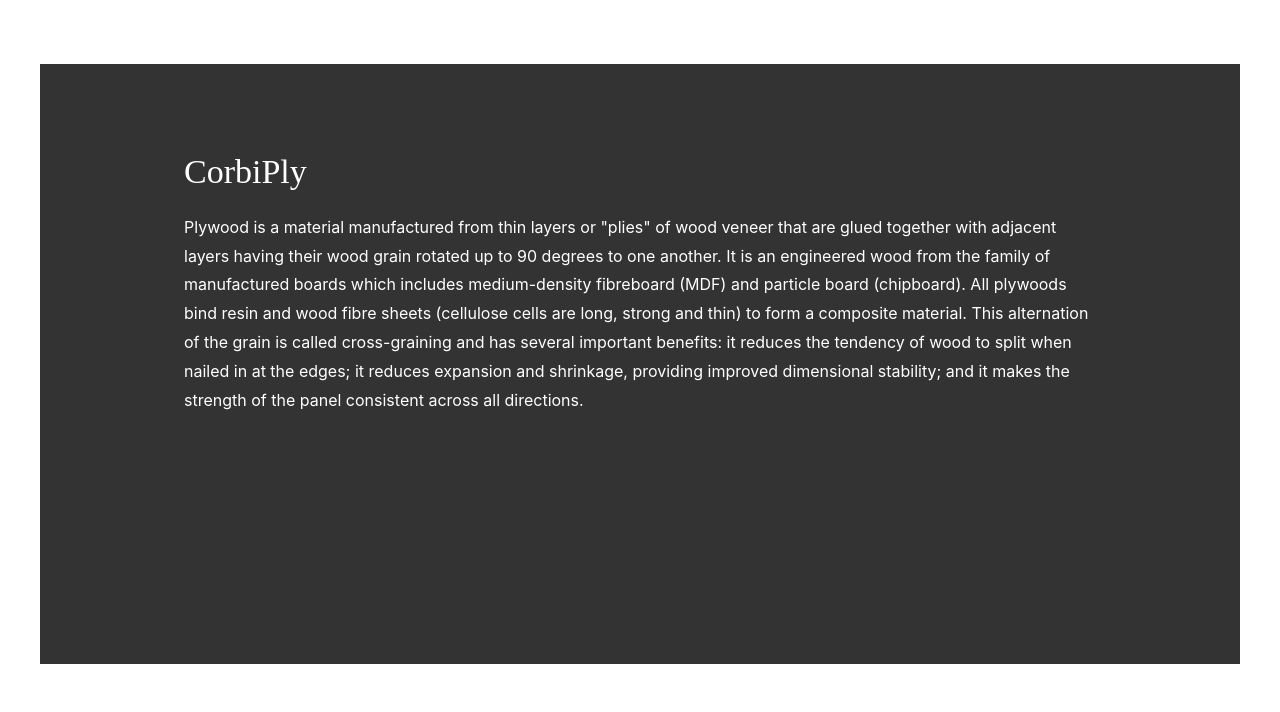
Repository: aneescode4u/testp
Page: http://localhost/plywood
The author's editor kept a record of every edit. The page is drawn from the files as they stood at one moment, then again after the next edit.
The browser window is 1280 px wide. The pictures show the part of the page from y = 928 to 1640 px (the page is 1640 px tall).
Some web libraries are served in a nearby version. The page is served by the project's Node server (YelpCamp/v3.1/app.js). Other server files are loaded and not shown.

Above is the page before.

### workspace/YelpCamp/v3.1/views/plywood.ejs

<!doctype html>
<html lang="en">

  <head>
<title>Corbital</title>
	<meta name="viewport" content="width=device-width, initial-scale=1">

	<link rel="stylesheet" type="text/css" href="https://maxcdn.bootstrapcdn.com/bootstrap/3.3.5/css/bootstrap.min.css">
	<link rel="stylesheet" type="text/css" href="https://maxcdn.bootstrapcdn.com/font-awesome/4.4.0/css/font-awesome.min.css">
	<link href="http://fonts.googleapis.com/css?family=Lato:300,400,700,300italic,400italic,700italic" rel="stylesheet" type="text/css">
  <link rel="stylesheet" href="https://maxcdn.bootstrapcdn.com/bootstrap/3.3.5/css/bootstrap.min.css">
  <script src="https://cdnjs.cloudflare.com/ajax/libs/modernizr/2.8.3/modernizr.min.js" type="text/javascript" async></script>
<link rel="stylesheet" type="text/css" href="/stylesheets/header.css">
  <link rel="icon" href="/images/Capture.png">

</head>
     <link rel="stylesheet" type="text/css" href="/stylesheets/plywood.css">
	<link rel="stylesheet" type="text/css" href="/stylesheets/header.css">

    <!-- Bootstrap core CSS -->
    <link href="../../dist/css/bootstrap.min.css" rel="stylesheet">

    <!-- Custom styles for this template -->
    <link href="carousel.css" rel="stylesheet">
  </head>
  <body>

    <header>
      <nav class="navbar navbar-expand-md navbar fixed-top">
        <a class="navbar-brand" href="/"><img src="/images/logo.jpg" ></a>
    </div>
    <div id="navbar" class="collapse navbar-collapse">
      <ul class="nav navbar-nav">
        <li><a href="/">Home</a></li>
        <li><a> Products </a>
           <ul>
              <li><a href="plywood">PLYWOOD</a></li>
              <li><a href="HPL">HPL Sheet</a></li>
              <li><a href="WPC">PVC & WPC Board</a></li>
              <li><a href="#">ACP</a>
                <ul>
                  <li><a href="ACP">EasyBond</a></li>
                  <li><a href="ACP#Citybond">Citybond</a></li>
                </ul>
              </li>
            </ul>
          </li>


        <li><a href="about">About</a></li>



         <li><a href="contact">Contact</a></li>

        </ul>

       <ul class="nav navbar-nav navbar-right">

          <li><a>

          <i class="fa fa-phone" aria-hidden="true"></i> 09946299941</a>
          </li>


          <li><a href="https://www.facebook.com/Corbital-trading-Co-170098600461238/"><i class="fa fa-lg fa-facebook"></i></a></li>
          <li><a href="https://www.instagram.com/corbitalco/"><i class="fa fa-lg fa-instagram"></i></a></li>

       </ul>
    </div>
      </nav>
    </header>


	<main role="main">

  <div id="myCarousel" class="carousel slide" data-ride="carousel">
    <ol class="carousel-indicators">
      <li data-target="#myCarousel" data-slide-to="0" class="active"></li>
      <li data-target="#myCarousel" data-slide-to="1"></li>
      <li data-target="#myCarousel" data-slide-to="2"></li>
       <li data-target="#myCarousel" data-slide-to="3"></li>
        <li data-target="#myCarousel" data-slide-to="4"></li>
    </ol>
    <div class="carousel-inner">
      <div class="carousel-item active">
        <img class="d-block w-100" src="https://images.unsplash.com/photo-1538944495092-48fff71fbb0c?ixlib=rb-1.2.1&ixid=eyJhcHBfaWQiOjEyMDd9&auto=format&fit=crop&w=1500&q=80" alt="First slide">
        <div class="container">
          <div class="carousel-caption text-left">
            <h1>Welcome to Corbital Group </h1>
            <p>Transforming Outlook</p>
            <p></p>
          </div>
        </div>
      </div>
        <div class="carousel-item">
      <img class="d-block w-100" src="https://images.unsplash.com/photo-1486406146926-c627a92ad1ab?ixlib=rb-1.2.1&ixid=eyJhcHBfaWQiOjEyMDd9&auto=format&fit=crop&w=1500&q=80" alt="Second slide">
        <div class="container">
          <div class="carousel-caption">
            <h1>Aluminium Composite Panels</h1>
            <p>Aluminium Composite Panel or ACP sheets are now a days widely used for exteriors, interior applications and signage.It is available different colours and finishes like wood, stone, dual-tone etc.It's folding property allows it into design shapes that can’t be achieved by any other material. Our company supplies mainly two types of ACP EasyBond and CityBond</p>
            <p><a class="btn btn-lg btn-primary" href="#" role="button">Learn more</a></p>
          </div>
        </div>
      </div>

          <div class="carousel-item">
      <img class="d-block w-100" src="https://images.unsplash.com/photo-1537726235470-8504e3beef77?ixlib=rb-1.2.1&ixid=eyJhcHBfaWQiOjEyMDd9&auto=format&fit=crop&w=1500&q=80" alt="Second slide">
        <div class="container">
          <div class="carousel-caption">
            <h1>CORBILAM</h1>
            <p>HPL-High Pressure Laminates (HPL) are one of the most durable decorative surfaces. When it’s time to give your design a new dimension, High Pressure Laminates (HPL) offer the flexibility and character you need</p>
            <p><a class="btn btn-lg btn-primary" href="#" role="button">Learn more</a></p>
          </div>
        </div>
      </div>


          <div class="carousel-item">
      <img class="d-block w-100" src="/images/WPC4.jpg" alt="Second slide">
        <div class="container">
          <div class="carousel-caption">
            <h1>CORBIWOOD</h1>
            <p>Wood-plastic composites (WPCs) are produced by thoroughly mixing ground wood particles and heated thermoplastic resin. The most common method of production is to extrude the material into the desired shape, though injection molding is also used.</p>
            <p><a class="btn btn-lg btn-primary" href="#" role="button">Learn more</a></p>
          </div>
        </div>
      </div>
      <div class="carousel-item">
      <img class="d-block w-100" src="https://images.unsplash.com/photo-1497366672149-e5e4b4d34eb3?ixlib=rb-1.2.1&ixid=eyJhcHBfaWQiOjEyMDd9&auto=format&fit=crop&w=1050&q=80" alt="Second slide">
        <div class="container">
          <div class="carousel-caption">
            <h1>CORBIPLY</h1>
            <p>Plywood. Plywood is wood veneers bonded together to produce a flat sheet. An extremely versatile product, plywood is used for a wide range of structural, interior and exterior applications - from formwork through to internal paneling. Plywood is an assemblage of wood veneers bonded together to produce a flat sheet.</p>
            <p><a class="btn btn-lg btn-primary" href="#" role="button">Browse gallery</a></p>
          </div>
        </div>
      </div>
    </div>
    <a class="carousel-control-prev" href="#myCarousel" role="button" data-slide="prev">
      <span class="carousel-control-prev-icon" aria-hidden="true"></span>
      <span class="sr-only">Previous</span>
    </a>
    <a class="carousel-control-next" href="#myCarousel" role="button" data-slide="next">
      <span class="carousel-control-next-icon" aria-hidden="true"></span>
      <span class="sr-only">Next</span>
    </a>
  </div>


	<!--


<div id="bannerimage"></div>
<div id="slideshow">
  <div class="slide-wrapper">
    <div class="slide"></div>
    <div class="slide"></div>
    <div class="slide"></h1></div>
    <div class="slide"></div>
    <div class="slide"></div>
  </div>
</div>
  -->
                <section id="about" class="block__wrapper">
                    <div class="block">
                        <div class="block__content -text">
                            <h2>CorbiPly</h2>
                            <div class="intro">
Plywood is a material manufactured from thin layers or "plies" of wood veneer that are glued together with adjacent layers having their wood grain rotated up to 90 degrees to one another.
It is an engineered wood from the family of manufactured boards which includes medium-density fibreboard (MDF) and particle board (chipboard).
All plywoods bind resin and wood fibre sheets (cellulose cells are long, strong and thin) to form a composite material. This alternation of the grain is called cross-graining and has several important benefits: it reduces the tendency of wood to split when nailed in at the edges; it reduces expansion and shrinkage, providing improved dimensional stability;
and it makes the strength of the panel consistent across all directions.
                             </div>
                        </div>
                    </div>
                </section>
<link rel="stylesheet" href="https://stackpath.bootstrapcdn.com/bootstrap/4.3.1/css/bootstrap.min.css" integrity="sha384-ggOyR0iXCbMQv3Xipma34MD+dH/1fQ784/j6cY/iJTQUOhcWr7x9JvoRxT2MZw1T" crossorigin="anonymous">
<script src="https://code.jquery.com/jquery-3.3.1.slim.min.js" integrity="sha384-q8i/X+965DzO0rT7abK41JStQIAqVgRVzpbzo5smXKp4YfRvH+8abtTE1Pi6jizo" crossorigin="anonymous"></script>
<script src="https://cdnjs.cloudflare.com/ajax/libs/popper.js/1.14.7/umd/popper.min.js" integrity="sha384-UO2eT0CpHqdSJQ6hJty5KVphtPhzWj9WO1clHTMGa3JDZwrnQq4sF86dIHNDz0W1" crossorigin="anonymous"></script>
<script src="https://stackpath.bootstrapcdn.com/bootstrap/4.3.1/js/bootstrap.min.js" integrity="sha384-JjSmVgyd0p3pXB1rRibZUAYoIIy6OrQ6VrjIEaFf/nJGzIxFDsf4x0xIM+B07jRM" crossorigin="anonymous"></script>

### workspace/YelpCamp/v3.1/public/stylesheets/header.css

.navbar-inverse .navbar-nav>li>a {
    color:#5f5f5f;
    font-size: medium;
}

.navbar-inverse .navbar-nav>li>a:hover {
    color: #2267A8;
}

.navbar-toggle{background-color: #333;
}
.navbar {
   background-color:  #5f5f5f;
   background: white;
   border-color: transparent;

}


nav {
  display: block;
}
nav ul {
  margin: 0;
  padding:0;
  list-style: none;
}
.nav a {
  /*display:block !important;*/
  min-width: 90px;
  background: #f5f5f5;
    color: #337ab7;
  text-decoration: none;
  padding: 0.8em 1.8em;
  font-size: 80%;
  position: relative;
}

.nav{
  vertical-align: top;

  border-radius:6px;
}
.nav li {
  position: relative;
}
.nav > li {
  float: left;
  border-bottom: 4px #aaa solid;
  margin-right: 1px;
}
.nav > li > a {
  margin-bottom: 1px;
}
.nav > li:hover
{
  border-bottom-color: #2267A8;
}
.nav li:hover > a {
  color:blue;
}
.nav > li:first-child {
  border-radius: 4px 0 0 4px;
}
.nav > li:first-child > a {
  border-radius: 4px 0 0 0;
}
.nav > li:last-child {
  border-radius: 0 0 4px 0;
  margin-right: 0;
}
.nav > li:last-child > a {
  border-radius: 0 4px 0 0;
}
.nav li li a {
  margin-top: 1px;
}

.nav li a:first-child:nth-last-child(2):before {
  content: "";
  position: absolute;
  height: 0;
  width: 0;
  border: 5px solid transparent;
  top: 50% ;
  right:5px;
 }

 .nav ul {
  position: absolute;
  white-space: nowrap;
  border-bottom: 5px solid  #2267A8;
  z-index: 1;
  left: -99999em;
}
.nav > li:hover > ul {
  left: auto;
  margin-top: 5px;
  min-width: 100%;
}
.nav > li li:hover > ul {
  left: 100%;
  margin-left: 1px;
  top: -1px;
}
/* arrow hover styling */
.nav > li > a:first-child:nth-last-child(2):before{
    border-top-color: white;
}
.nav > li:hover > a:first-child:nth-last-child(2):before{
    border-top-color: blue;
}
.nav > li:hover > a:first-child:nth-last-child(2):after {
  border: 5px solid transparent;
  border-bottom-color: #2267A8;
  margin-top:-5px
}
.nav li li > a:first-child:nth-last-child(2):before {
  border-left-color:white;
  margin-top: -5px
}
.nav li li:hover > a:first-child:nth-last-child(2):before{
  border: 5px solid transparent;
  border-left-color:blue;
  right: 10px;
}
.navbar-inverse .navbar-nav>li>a {
    color: #333;
}


.navbar-brand {
  padding: 0px;
}

.navbar-brand img {
  height: 100%;
  width: auto;
    max-height: 40px;
}

@media (max-width: 992px) {
    .navbar-header {
        float: none;
    }
    .navbar-left,.navbar-right {
        float: none !important;
    }
    .navbar-toggle {
        display: block;
    }
    .navbar-collapse {
        border-top: 1px solid transparent;
        box-shadow: inset 0 1px 0 rgba(255,255,255,0.1);
    }
    .navbar-fixed-top {
		top: 0;
		border-width: 0 0 1px;
	}
    .navbar-collapse.collapse {
        display: none!important;
    }
    .navbar-nav {
        float: none!important;
		margin-top: 7.5px;
	}
	.navbar-nav>li {
        float: none;
    }
    .nav li li a {
    margin-top: 1px;
}
    .navbar-nav>li>a {
        padding-top: 10px;
        padding-bottom: 10px;
    }
    .collapse.in{
  		display:block !important;
	}



	.nav > li:hover > ul {
  margin-top: 5px;
  position: absolute;
  min-width: 100%;


	}

	ul.nav > li:hover ul {display: block;}
	ul.nav > li ul:hover li{display: block;}
	ul.nav > li ul{display: block;}
	ul.nav > li ul li {display:block;}

}



/* GLOBAL STYLES
-------------------------------------------------- */
/* Padding below the footer and lighter body text */

body {
  padding-top: 3rem;
  padding-bottom: 3rem;
  color: #5a5a5a;
}




/* Declare heights because of positioning of img element */



/* MARKETING CONTENT
-------------------------------------------------- */

/* Center align the text within the three columns below the carousel */
.marketing .col-lg-4 {
  margin-bottom: 1.5rem;
  text-align: center;
}
.marketing h2 {
  font-weight: 400;
}
.marketing .col-lg-4 p {
  margin-right: .75rem;
  margin-left: .75rem;
}


/* Featurettes
------------------------- */

.featurette-divider {
  margin: 5rem 0; /* Space out the Bootstrap <hr> more */
}

/* Thin out the marketing headings */
.featurette-heading {
  font-weight: 300;
  line-height: 1;
  letter-spacing: -.05rem;
}


/* RESPONSIVE CSS
-------------------------------------------------- */

@media (min-width: 40em) {
  /* Bump up size of carousel content */
  .carousel-caption p {
    margin-bottom: 1.25rem;
    font-size: 1.25rem;
    line-height: 1.4;
  }

  .featurette-heading {
    font-size: 50px;
  }
}

@media (min-width: 62em) {
  .featurette-heading {
    margin-top: 7rem;
  }
}

### workspace/YelpCamp/v3.1/public/stylesheets/plywood.css
body {
  font-family: Helvetica, sans-serif;

  text-align: center;
}



body{
  display: block;
  margin: 0;
  padding: 0;
  color: #36384c;
  background:grey;
  font-family: "Lato", sans-serif; }


h1, h2 {
  margin: 0px; }

.block {
  display: block;
  position: relative;
  max-width: 1200px;
  margin: auto;
  padding: 40px 20px; }
  @media screen and (min-width: 50em) {
    .block {
      padding: 40px 30px;
      min-height: 600px; } }
  .block.-fullwidth {
    max-width: none; }
  .block__wrapper:nth-child(odd) {
    background-color: #36384c;
    color: blue; }
  .block__content {
    display: block;
    position: relative;
    width: 100%; }
    .block__content.-text {
      margin: auto;
      font-size: 1rem;
      line-height: 1.8; }
      @media screen and (min-width: 50em) {
        .block__content.-text {
          max-width: 80%;
          font-size: 1.125rem;
          padding: 1.5rem 0; } }
      @media screen and (min-width: 62em) {
        .block__content.-text {
          padding: 3rem 0; } }
    .block__content h1 {
      font-family: "Bitter", serif;
      font-size: 2.8125rem;
      line-height: 1;
      font-weight: normal;
      margin: 0 0 1rem;
      color: #ffffff; }

      .block{
        background-color:#333;;
      }
      @media screen and (min-width: 50em) {
        .block__content h1 {
          font-size: 7.5rem; } }
    .block__content h2 {
      font-family: "Bitter", serif;
      font-size: 1.75rem;
      margin-bottom: 20px; }
      @media screen and (min-width: 50em) {
        .block__content h2 {
          font-size: 2.125rem; } }
    .block__content header {
      font-size: 1.25rem;
      font-weight: bold;
      letter-spacing: 4px;
      text-transform: uppercase;
      margin-bottom: 10px; }
    .block__content .intro {
      margin-bottom: 2rem; }

.overlay {
  position: absolute;
  top: 0;
  right: 0;
  bottom: 0;
  left: 0;
  background-color: rgba(0, 0, 0, 0.5); }

.offcanvas {
  position: fixed;
  width: 100%;
  height: 100vh;
  background-color: #36384c;
  transform: translateX(100%);
  transition: transform 400ms ease-in-out;
  z-index: 10;
  padding: 10px; }
  @media screen and (min-width: 41em) {
    .offcanvas {
      display: none; } }
  .offcanvas.open {
    transform: translateX(0%); }
  .offcanvas__close {
    position: absolute;
    width: 55px;
    height: 55px;
    top: 10px;
    right: 8px;
    padding: 0px;
    line-height: 1; }
    .offcanvas__close span {
      display: block;
      position: absolute;
      background-color: #ffffff;
      width: 30px;
      height: 2px; }
      .offcanvas__close span:first-child {
        transform: rotate(45deg);
        top: 28px;
        left: 12px; }
      .offcanvas__close span:last-child {
        transform: rotate(-45deg);
        top: 28px;
        left: 12px; }
  .offcanvas__content {
    text-align: center;
    padding-top: 5rem; }
  .offcanvas__image {
    margin-bottom: 20px; }
  .offcanvas__item {
    display: block;
    font-size: 1.25rem;
    line-height: 2;
    color: #ffffff; }

.header {
  position: fixed;
  width: 100%;
  padding: 10px;
  background: #36384c;
  box-shadow: 0px 2px 5px rgba(0, 0, 0, 0.25);
  z-index: 10; }
  .header .wrapper {
    display: flex;
    justify-content: space-between;
    align-items: center; }
  .header__image {
    flex: 0 1 auto;
    height: 60px; }
    @media screen and (min-width: 41em) {
      .header__image {
        height: 80px; } }
  .header__nav {
    flex: 0 1 auto;
    display: none; }
    @media screen and (min-width: 41em) {
      .header__nav {
        display: block; } }
    .header__nav-item {
      font-size: 1.125rem;
      color: #ffffff;
      padding: 0 15px;
      transition: color 150ms ease-in-out; }
      .header__nav-item:hover {
        color: #849974; }
  .header__open {
    display: block;
    padding: 12px;
    width: 55px;
    position: absolute;
    right: 5px; }
    @media screen and (min-width: 41em) {
      .header__open {
        display: none; } }
    .header__open span {
      display: block;
      background: #ffffff;
      height: 2px;
      width: 100%;
      margin-bottom: 8px; }
      .header__open span:last-child {
        margin-bottom: 0; }

#home.block {

  background-size: cover;
  background-position: center center;
  background-repeat: no-repeat; }


.block__content_text{
  background-color:grey;
}
.intro {
    margin-bottom: 2rem;
    color:white;
    font-size: medium;
}
.block{
  color:white;
}

### workspace/YelpCamp/v3.1/public/stylesheets/carousel.css
/* GLOBAL STYLES
-------------------------------------------------- */
/* Padding below the footer and lighter body text */

body {
  padding-top: 3rem;
  padding-bottom: 3rem;
  color: #e9dccd;
}


/* CUSTOMIZE THE CAROUSEL
-------------------------------------------------- */

/* Carousel base class */
.carousel {
  margin-bottom: 4rem;
}
/* Since positioning the image, we need to help out the caption */
.carousel-caption {
  bottom: 3rem;
  z-index: 10;

}
.carousel-caption>.h1 {
    font-size: 5rem;
}

/* Declare heights because of positioning of img element */
.carousel-item {
  height: 55rem;
  background-color: #777;
}
.carousel-item > img {
  position: absolute;
  top: 0;
  left: 0;
  min-width: 100%;
  height: 55rem;
}



/* MARKETING CONTENT
-------------------------------------------------- */

/* Center align the text within the three columns below the carousel */
.marketing .col-lg-4 {
  margin-bottom: 1.5rem;
  text-align: center;
}
.marketing h2 {
  font-weight: 400;
}
.marketing .col-lg-4 p {
  margin-right: .75rem;
  margin-left: .75rem;
}


/* Featurettes
------------------------- */

.featurette-divider {
  margin: 5rem 0; /* Space out the Bootstrap <hr> more */
}

/* Thin out the marketing headings */
.featurette-heading {
  font-weight: 300;
  line-height: 1;
  letter-spacing: -.05rem;
}


/* RESPONSIVE CSS
-------------------------------------------------- */

@media (min-width: 40em) {
  /* Bump up size of carousel content */
  .carousel-caption p {
    margin-bottom: 1.25rem;
    font-size: 1.25rem;
    line-height: 1.4;
  }

  .featurette-heading {
    font-size: 50px;
  }
}

@media (min-width: 62em) {
  .featurette-heading {
    margin-top: 7rem;
  }
}

Loaded but not shown: workspace/client/css/bootstrap.min.css (library); workspace/YelpCamp/v3.1/app.js (280 lines, source omitted)

After the next edit:
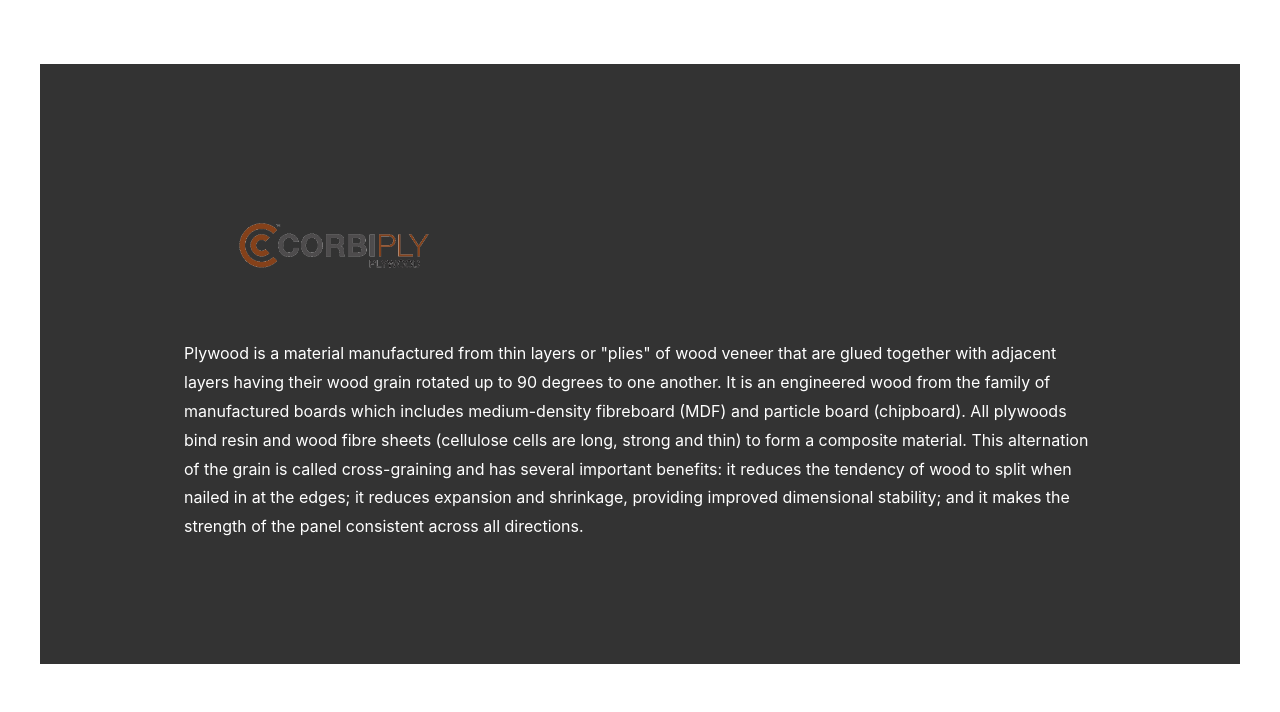
The edit:
--- a/workspace/YelpCamp/v3.1/views/plywood.ejs
+++ b/workspace/YelpCamp/v3.1/views/plywood.ejs
@@ -166,7 +166,7 @@
                 <section id="about" class="block__wrapper">
                     <div class="block">
                         <div class="block__content -text">
-                            <h2>CorbiPly</h2>
+                            <img src="/images/plyy.png" height=100px; width=300px>
                             <div class="intro">
 Plywood is a material manufactured from thin layers or "plies" of wood veneer that are glued together with adjacent layers having their wood grain rotated up to 90 degrees to one another.
 It is an engineered wood from the family of manufactured boards which includes medium-density fibreboard (MDF) and particle board (chipboard).
